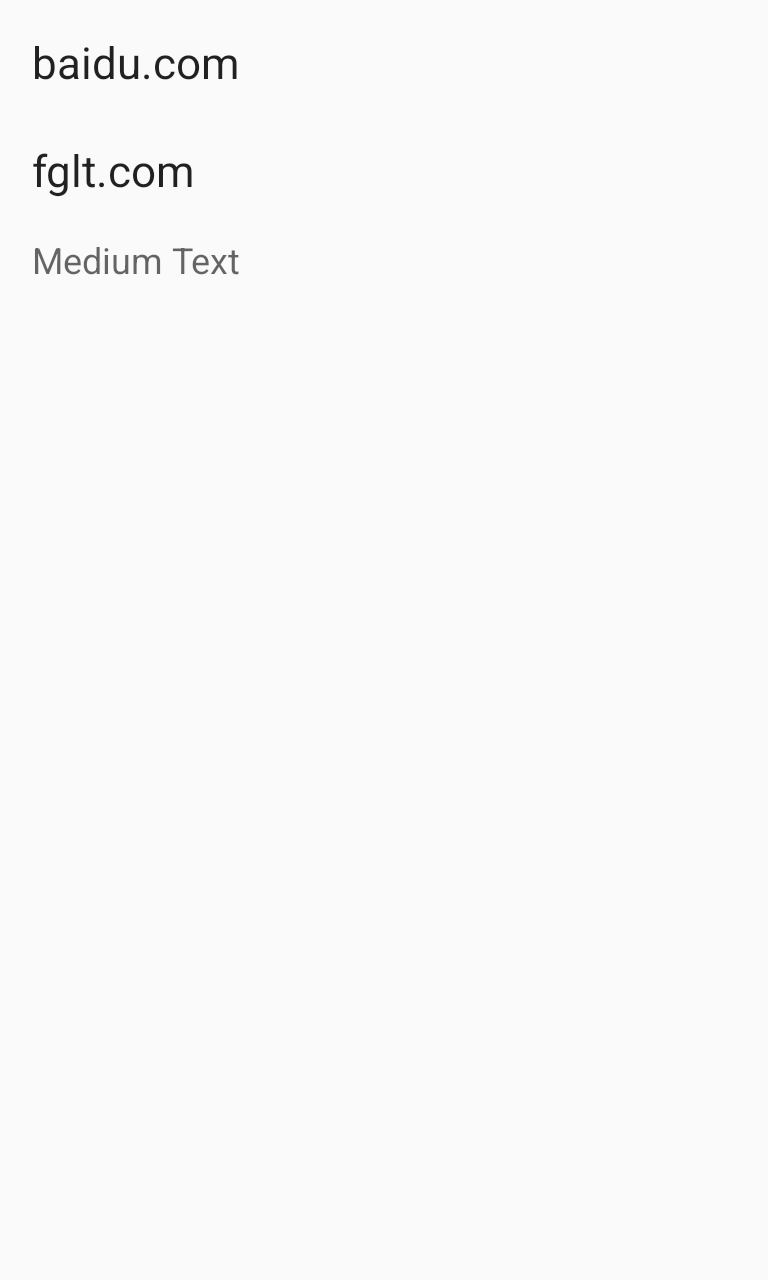
Repository: xiaoniao/home
Layout: android_training/VolleyTraing/res/layout/activity_main.xml
These files come from the project's save history. The layout is drawn as it stood at one moment and after the next save; the edit follows.
It is drawn on a 768 x 1280 px phone screen (xhdpi) without system bars, with theme AppTheme; the app's code is not run.

Above is the layout before, as saved 2014-09-04 13:12:24.

### android_training/VolleyTraing/res/layout/activity_main.xml
<ScrollView xmlns:android="http://schemas.android.com/apk/res/android"
    xmlns:tools="http://schemas.android.com/tools"
    android:layout_width="match_parent"
    android:layout_height="wrap_content"
    android:paddingBottom="@dimen/activity_vertical_margin"
    android:paddingLeft="@dimen/activity_horizontal_margin"
    android:paddingRight="@dimen/activity_horizontal_margin"
    android:paddingTop="@dimen/activity_vertical_margin"
    tools:context="com.example.volleytraing.MainActivity" >

    <RelativeLayout
        android:layout_width="match_parent"
        android:layout_height="wrap_content" >

        <TextView
            android:id="@+id/textView1"
            android:layout_width="wrap_content"
            android:layout_height="wrap_content"
            android:layout_alignParentTop="true"
            android:text="baidu.com"
            android:textAppearance="?android:attr/textAppearanceLarge" />

        <TextView
            android:id="@+id/textView2"
            android:layout_width="wrap_content"
            android:layout_height="wrap_content"
            android:layout_below="@+id/textView1"
            android:text=" "
            android:textAppearance="?android:attr/textAppearanceMedium" />

        <TextView
            android:id="@+id/textView3"
            android:layout_width="wrap_content"
            android:layout_height="wrap_content"
            android:layout_below="@+id/textView2"
            android:text="fglt.com"
            android:textAppearance="?android:attr/textAppearanceLarge" />

        <TextView
            android:id="@+id/textView4"
            android:layout_width="wrap_content"
            android:layout_height="wrap_content"
            android:layout_below="@+id/textView3"
            android:layout_marginTop="18dp"
            android:text="Medium Text"
            android:textAppearance="?android:attr/textAppearanceMedium" />
    </RelativeLayout>

</ScrollView>

Loaded but not shown: android_training/VolleyTraing/res/values/styles.xml (common file); android_training/VolleyTraing/res/values-v11/styles.xml (common file); android_training/VolleyTraing/res/values-v14/styles.xml (common file); android_training/VolleyTraing/res/values/dimens.xml (common file); android_training/VolleyTraing/res/values-w820dp/dimens.xml (common file)

After the next save:
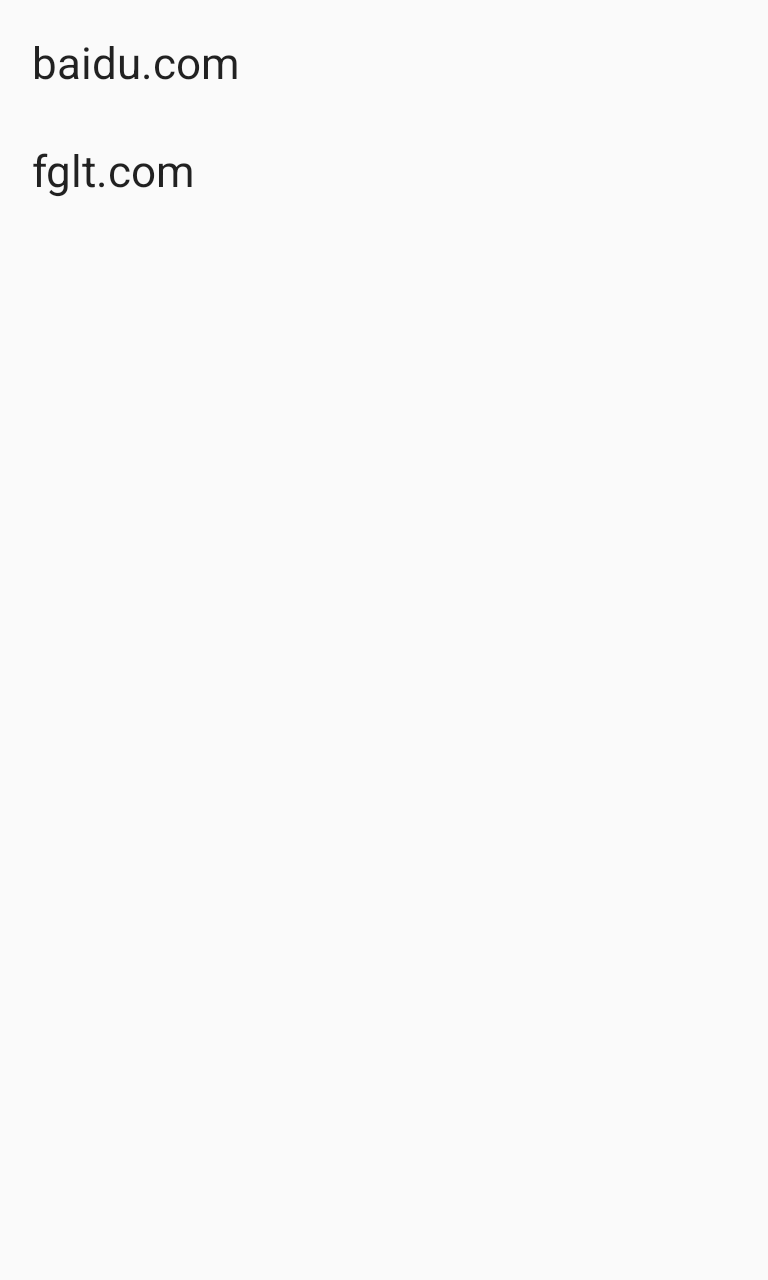
Saved 5 s later.
--- a/android_training/VolleyTraing/res/layout/activity_main.xml
+++ b/android_training/VolleyTraing/res/layout/activity_main.xml
@@ -42,7 +42,7 @@
             android:layout_height="wrap_content"
             android:layout_below="@+id/textView3"
             android:layout_marginTop="18dp"
-            android:text="Medium Text"
+            android:text=" "
             android:textAppearance="?android:attr/textAppearanceMedium" />
     </RelativeLayout>
 
